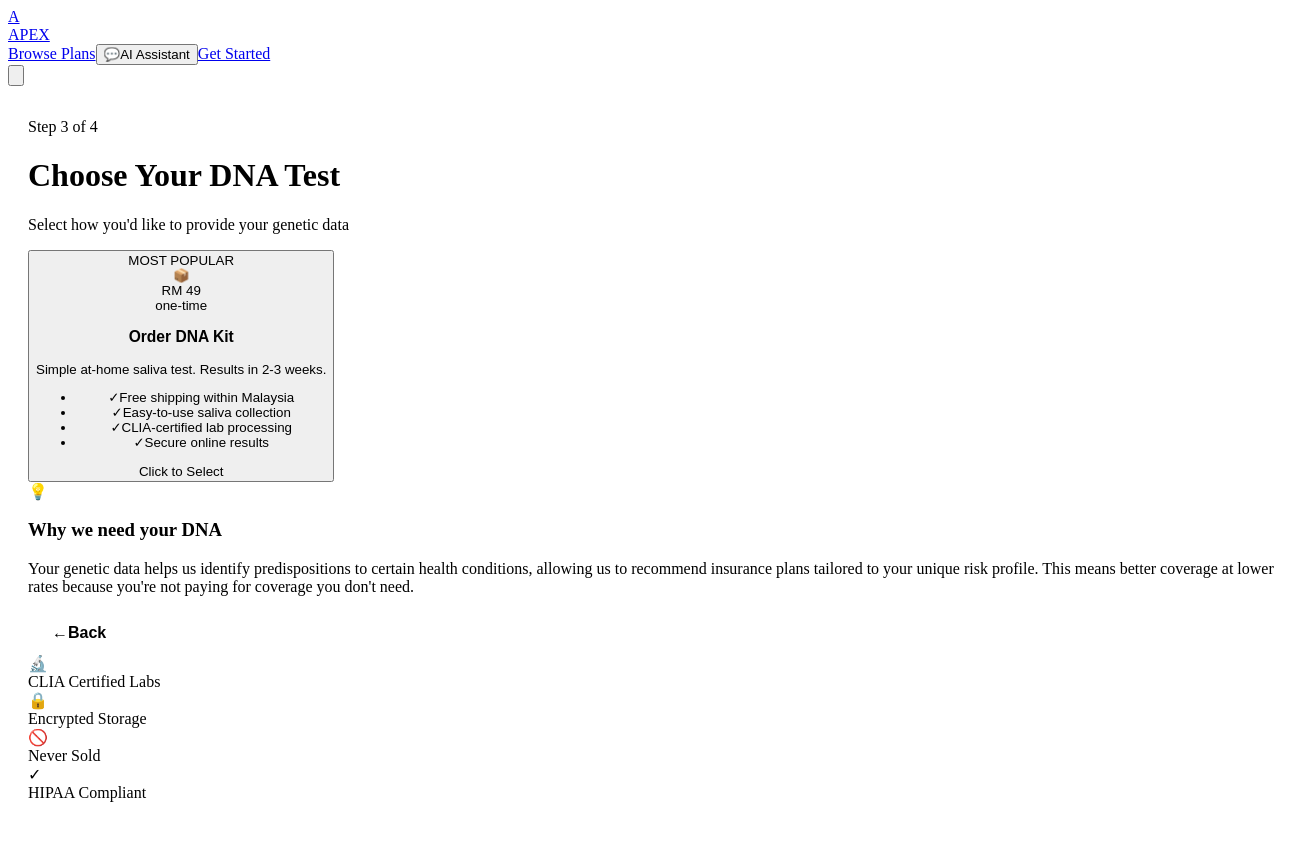
Repository: hmhhmm/Apex-AI-Driven-Insurance-Recommendation-System
Page: /onboarding/dna-test (app in client/)
These files come from the project's save history. The page is drawn as it stood at one moment and after the next save; the edit follows.
The browser window is 1280 px wide. The page is 1312 px wide, so the pictures cover 1312 px, including what lies to the right of the window. The pictures show the whole page.
The project was rebuilt for these pictures with package versions that can differ from the ones it lists, and the page was loaded fresh each time. Also part of the build but not shown: client/src/components/chat/ChatHeader.tsx, client/src/components/chat/ChatMessages.tsx, client/src/components/chat/QuickActions.tsx, client/src/components/chat/ChatInput.tsx, client/src/pages/Landing.tsx, client/src/pages/Dashboard.tsx, client/src/pages/Claims.tsx, client/src/store/cartStore.ts and 9 more.

Above is the page before, as saved 2025-11-01 19:42:04.

After the next save:
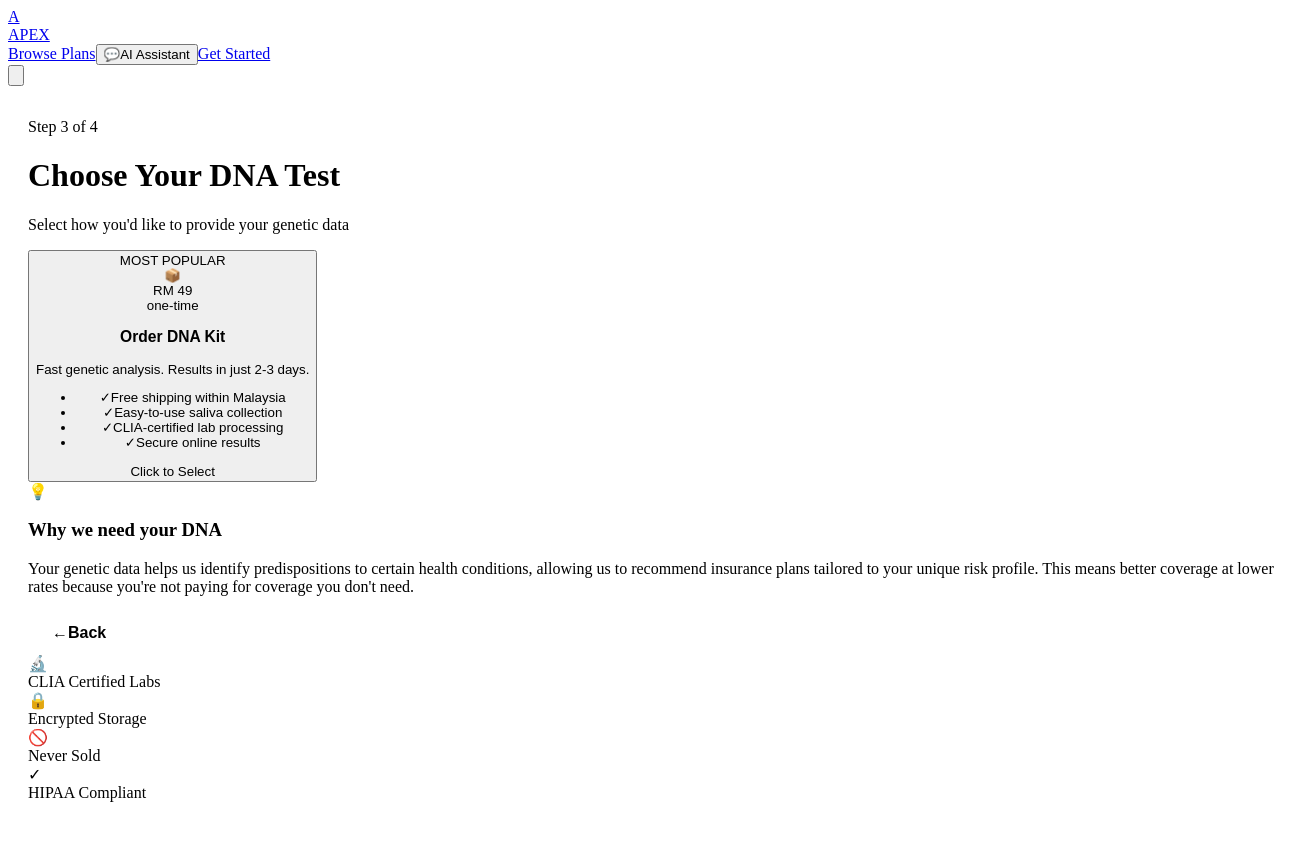
Saved 11 s later.
--- a/client/src/pages/onboarding/DNATestOptions/index.tsx
+++ b/client/src/pages/onboarding/DNATestOptions/index.tsx
@@ -16,7 +16,7 @@ export default function DNATestSelection() {
       icon: '📦',
       title: 'Order DNA Kit',
       price: 'RM 49',
-      description: 'Simple at-home saliva test. Results in 2-3 weeks.',
+      description: 'Fast genetic analysis. Results in just 2-3 days.',
       features: [
         'Free shipping within Malaysia',
         'Easy-to-use saliva collection',
